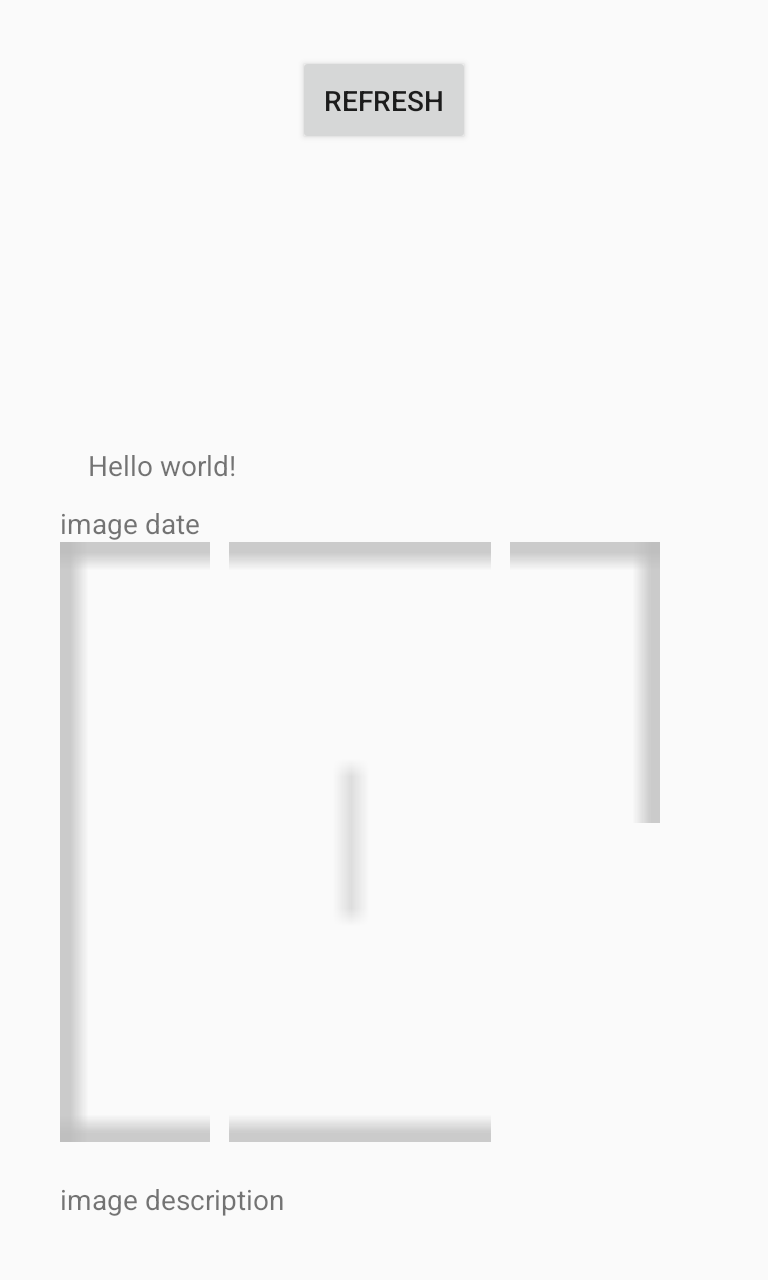
Repository: BaichaoLi/android
Layout: Nasa_E/res/layout/activity_main.xml
These files come from the project's save history. The layout is drawn as it stood at one moment and after the next save; the edit follows.
It is drawn on a 768 x 1280 px phone screen (xhdpi) without system bars, with theme AppTheme; the app's code is not run.

Above is the layout before, as saved 2015-05-21 03:44:01.

### Nasa_E/res/layout/activity_main.xml
<RelativeLayout xmlns:android="http://schemas.android.com/apk/res/android"
    xmlns:tools="http://schemas.android.com/tools"
    android:layout_width="match_parent"
    android:layout_height="match_parent"
    android:paddingBottom="@dimen/activity_vertical_margin"
    android:paddingLeft="@dimen/activity_horizontal_margin"
    android:paddingRight="@dimen/activity_horizontal_margin"
    android:paddingTop="@dimen/activity_vertical_margin"
    tools:context="com.example.nasa_e.MainActivity" >

    <ScrollView
        android:id="@+id/scrollView1"
        android:layout_width="fill_parent"
        android:layout_height="wrap_content"
        android:layout_alignParentBottom="true"
        android:layout_alignParentRight="true"
        android:layout_marginBottom="15dp"
        android:layout_marginRight="15dp"
        android:layout_weight = '1' >


	    <LinearLayout
	        android:id="@+id/linearLayout1"
	        android:layout_width="fill_parent"
	        android:layout_height="wrap_content"
	        android:layout_weight = '0'
	        android:layout_alignBottom="@+id/scrollView1"
	        android:layout_alignParentLeft="true"
	        android:layout_alignParentTop="true"
	        android:layout_alignRight="@+id/scrollView1"
	        android:layout_marginLeft="14dp"
	        android:layout_marginTop="14dp"
	        android:orientation="vertical" >

	        <TextView
	            android:id="@+id/imageTitle"
	            android:layout_width="wrap_content"
	            android:layout_height="wrap_content"
	            android:layout_marginLeft="14dp"
	            android:layout_marginTop="19dp"
	            android:layout_weight="2.33"
	            android:text="@string/hello_world" />

	        <TextView
	            android:id="@+id/iamgeDate"
	            android:layout_width="wrap_content"
	            android:layout_height="wrap_content"
	            android:layout_alignParentLeft="true"
	            android:layout_marginTop="10dp"
	            android:layout_weight="0.35"
	            android:text="image date" />

	        <ImageView
	            android:id="@+id/imageView1"
	            android:layout_height="wrap_content"
	            android:layout_width="300dp"
	            android:adjustViewBounds="true"
	            android:layout_alignBottom="@+id/scrollView1"
	            android:layout_alignRight="@+id/iamgeDescription"
	            android:layout_weight="2.33"
	            android:src="@drawable/abc_ab_share_pack_mtrl_alpha" />

	        <TextView
	            android:id="@+id/iamgeDescription"
	            android:layout_width="wrap_content"
	            android:layout_height="wrap_content"
	            android:layout_alignParentLeft="true"
	            android:layout_below="@+id/iamgeDate"
	            android:layout_marginTop="19dp"
	            android:layout_weight="2.33"
	            android:text="image description" />
	    </LinearLayout>
    </ScrollView>

    <LinearLayout
        android:orientation="horizontal"
        android:layout_width="fill_parent"
        android:layout_height="wrap_content"
        android:gravity="center"
        android:layout_marginTop="5dp"
        android:padding="5dp"
        >
	    <Button
	        android:text="@string/refresh"
	        android:layout_width="wrap_content"
	        android:layout_height="wrap_content" />

    </LinearLayout>
</RelativeLayout>

### Nasa_E/res/values/strings.xml
<?xml version="1.0" encoding="utf-8"?>
<resources>

    <string name="app_name">Nasa_E</string>
    <string name="hello_world">Hello world!</string>
    <string name="action_settings">Settings</string>
    <string name="refresh">Refresh</string>

</resources>

Loaded but not shown: Nasa_E/res/values/styles.xml (common file); Nasa_E/res/values-v11/styles.xml (common file); Nasa_E/res/values-v14/styles.xml (common file); Nasa_E/res/values/dimens.xml (common file); Nasa_E/res/values-w820dp/dimens.xml (common file)

After the next save:
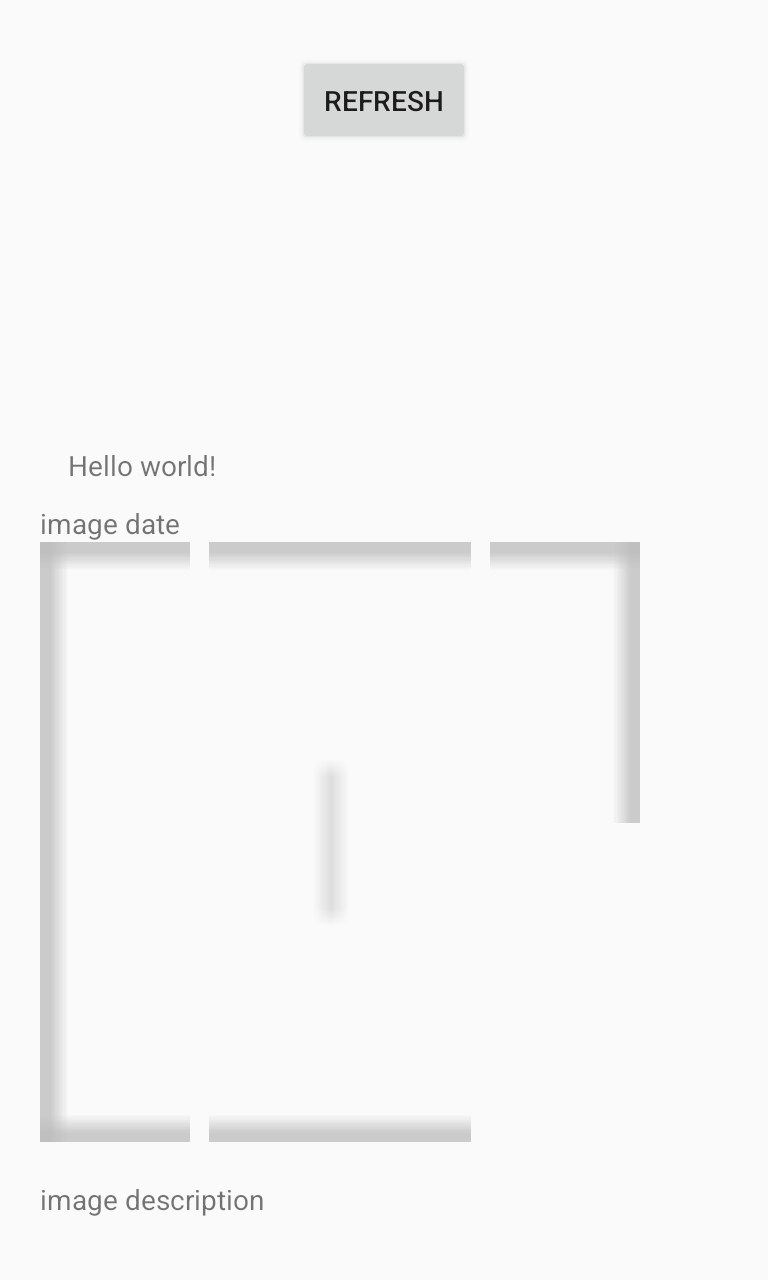
Saved 23 s later.
--- a/Nasa_E/res/layout/activity_main.xml
+++ b/Nasa_E/res/layout/activity_main.xml
@@ -28,8 +28,8 @@
 	        android:layout_alignParentLeft="true"
 	        android:layout_alignParentTop="true"
 	        android:layout_alignRight="@+id/scrollView1"
-	        android:layout_marginLeft="14dp"
-	        android:layout_marginTop="14dp"
+	        android:layout_marginLeft="4dp"
+	        android:layout_marginTop="4dp"
 	        android:orientation="vertical" >
 
 	        <TextView
